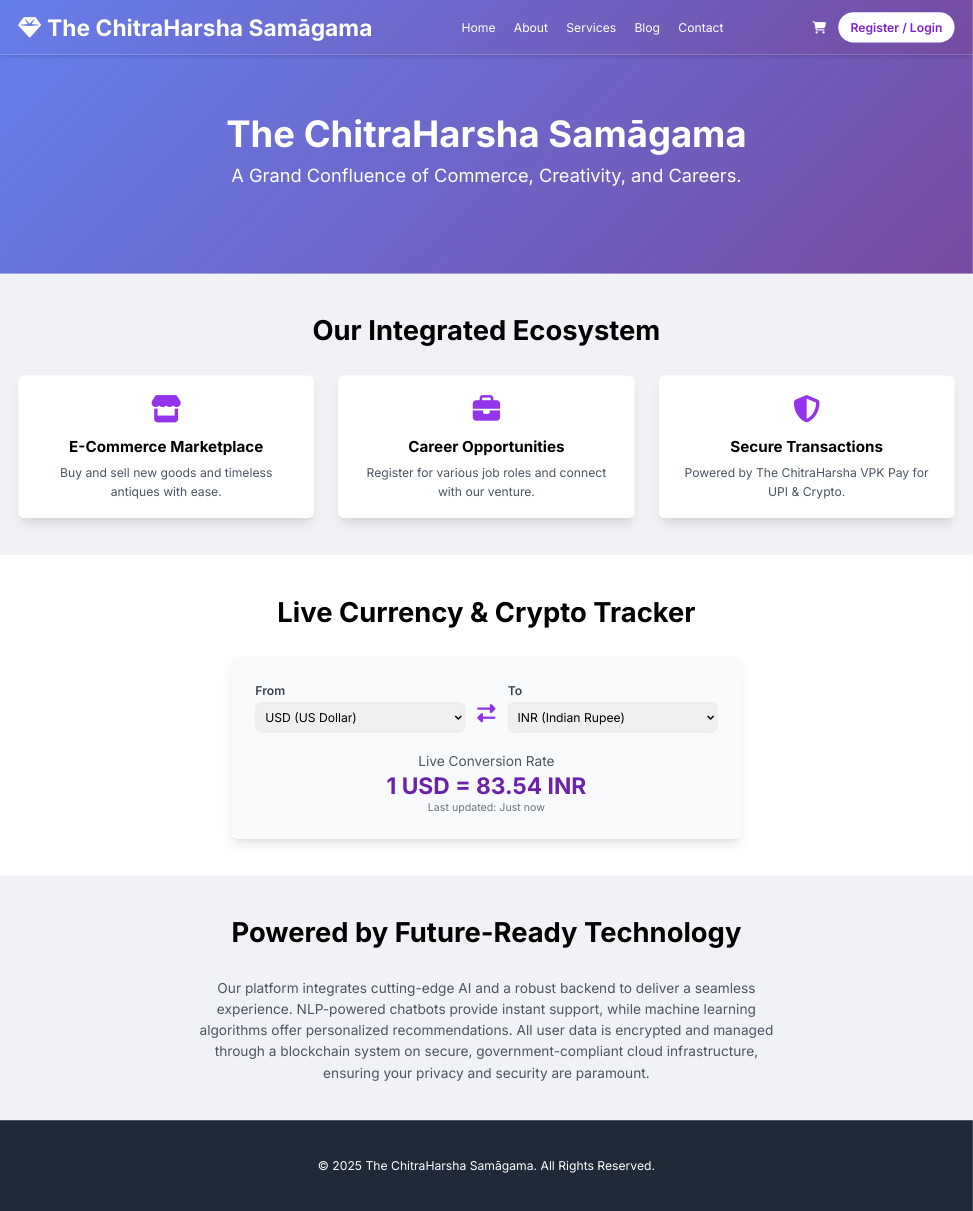
Repository: infinity-aggarwalharshul/The-ChitraHarsha-Shopping-App
Page: index.html
The author's editor kept a copy of each file at every save. The page is drawn from the files as they stood at one save, then again after the next save.
The browser window is 1280 px wide. The pictures show the whole page, at 76% of full size.
Some web libraries are served in a nearby version.

Above is the page before, as saved 2025-10-17 00:08:46.

### index.html
<!DOCTYPE html>
<html lang="en">
  <head>
    <meta charset="UTF-8" />
    <meta name="viewport" content="width=device-width, initial-scale=1.0" />
    <meta
      name="description"
      content="The ChitraHarsha Samāgama: India's premier online marketplace for new goods, rare antiques, and professional talent. Discover, buy, sell, and connect with our secure, AI-powered platform."
    />
    <meta
      name="keywords"
      content="e-commerce india, ChitraHarsha Samāgama, job registration, UPI payments, cryptocurrency marketplace, live currency conversion"
    />
    <title>The ChitraHarsha Samāgama - The Ultimate Marketplace</title>
    <script src="https://cdn.tailwindcss.com"></script>
    <link
      href="https://fonts.googleapis.com/css2?family=Inter:wght@400;500;600;700&display=swap"
      rel="stylesheet"
    />
    <link
      rel="stylesheet"
      href="https://cdnjs.cloudflare.com/ajax/libs/font-awesome/6.5.1/css/all.min.css"
    />
    <style>
      body {
        font-family: "Inter", sans-serif;
        background-color: #f0f2f5;
      }
      .header-bg {
        background: linear-gradient(135deg, #667eea 0%, #764ba2 100%);
      }
      .card-hover:hover {
        transform: translateY(-5px);
        box-shadow: 0 10px 15px -3px rgba(0, 0, 0, 0.1),
          0 4px 6px -2px rgba(0, 0, 0, 0.05);
      }
      .btn-primary {
        background-color: #6d28d9;
        color: white;
        transition: background-color 0.3s ease;
      }
      .btn-primary:hover {
        background-color: #5b21b6;
      }
      .section-title {
        font-size: 2.25rem;
        font-weight: 700;
        margin-bottom: 2rem;
        text-align: center;
      }
      .modal {
        display: none;
        position: fixed;
        z-index: 1000;
        left: 0;
        top: 0;
        width: 100%;
        height: 100%;
        overflow: auto;
        background-color: rgba(0, 0, 0, 0.5);
        animation-name: fadeIn;
        animation-duration: 0.4s;
      }
      .modal-content {
        background-color: #fefefe;
        margin: 5% auto;
        padding: 2rem;
        border-radius: 10px;
        width: 80%;
        max-width: 650px;
        animation-name: slideIn;
        animation-duration: 0.4s;
      }
      .close-button {
        color: #aaa;
        float: right;
        font-size: 28px;
        font-weight: bold;
        cursor: pointer;
      }
      .tab-content {
        display: none;
      }
      .tab-content.active {
        display: block;
      }
      @keyframes slideIn {
        from {
          top: -300px;
          opacity: 0;
        }
        to {
          top: 0;
          opacity: 1;
        }
      }
      @keyframes fadeIn {
        from {
          opacity: 0;
        }
        to {
          opacity: 1;
        }
      }
    </style>
  </head>
  <body>
    <header class="header-bg text-white shadow-md sticky top-0 z-50">
      <nav
        class="container mx-auto px-6 py-4 flex justify-between items-center"
      >
        <a href="#home" class="text-3xl font-bold logo">
          <i class="fas fa-gem mr-2"></i>The ChitraHarsha Samāgama
        </a>
        <div class="hidden md:flex items-center space-x-6">
          <a href="#home" class="hover:text-gray-300">Home</a>
          <a href="#about" class="hover:text-gray-300">About</a>
          <a href="#services" class="hover:text-gray-300">Services</a>
          <a href="#blog" class="hover:text-gray-300">Blog</a>
          <a href="#contact" class="hover:text-gray-300">Contact</a>
        </div>
        <div class="flex items-center space-x-4">
          <a href="#" class="hover:text-gray-300"
            ><i class="fas fa-shopping-cart"></i
          ></a>
          <button
            id="loginBtn"
            class="bg-white text-purple-700 px-4 py-2 rounded-full font-semibold hover:bg-gray-200"
          >
            Register / Login
          </button>
        </div>
      </nav>
    </header>

    <section id="home" class="header-bg text-white py-20">
      <div class="container mx-auto text-center px-6">
        <h1 class="text-5xl font-bold mb-4">The ChitraHarsha Samāgama</h1>
        <p class="text-2xl mb-8">
          A Grand Confluence of Commerce, Creativity, and Careers.
        </p>
      </div>
    </section>

    <!-- Services Section -->
    <section id="services" class="py-12">
      <div class="container mx-auto px-6">
        <h2 class="section-title">Our Integrated Ecosystem</h2>
        <div class="grid grid-cols-1 md:grid-cols-3 gap-8">
          <div class="bg-white p-6 rounded-lg shadow-lg text-center card-hover">
            <i class="fas fa-store text-4xl text-purple-600 mb-4"></i>
            <h3 class="text-xl font-bold mb-2">E-Commerce Marketplace</h3>
            <p class="text-gray-600">
              Buy and sell new goods and timeless antiques with ease.
            </p>
          </div>
          <div class="bg-white p-6 rounded-lg shadow-lg text-center card-hover">
            <i class="fas fa-briefcase text-4xl text-purple-600 mb-4"></i>
            <h3 class="text-xl font-bold mb-2">Career Opportunities</h3>
            <p class="text-gray-600">
              Register for various job roles and connect with our venture.
            </p>
          </div>
          <div class="bg-white p-6 rounded-lg shadow-lg text-center card-hover">
            <i class="fas fa-shield-alt text-4xl text-purple-600 mb-4"></i>
            <h3 class="text-xl font-bold mb-2">Secure Transactions</h3>
            <p class="text-gray-600">
              Powered by The ChitraHarsha VPK Pay for UPI & Crypto.
            </p>
          </div>
        </div>
      </div>
    </section>

    <!-- Live Currency Converter Section -->
    <section id="converter" class="py-12 bg-white">
      <div class="container mx-auto px-6">
        <h2 class="section-title">Live Currency & Crypto Tracker</h2>
        <div class="max-w-2xl mx-auto p-8 bg-gray-50 rounded-lg shadow-lg">
          <div class="flex flex-col md:flex-row gap-4 items-end">
            <div class="w-full">
              <label
                for="from_currency"
                class="block font-semibold text-gray-700"
                >From</label
              >
              <select
                id="from_currency"
                class="w-full mt-1 p-2 border rounded-lg"
              >
                <option>INR (Indian Rupee)</option>
                <option selected>USD (US Dollar)</option>
                <option>EUR (Euro)</option>
                <option>BTC (Bitcoin)</option>
                <option>CHC (ChitraHarsha Coin)</option>
              </select>
            </div>
            <div class="text-2xl font-bold text-purple-600 pb-2">
              <i class="fas fa-exchange-alt"></i>
            </div>
            <div class="w-full">
              <label for="to_currency" class="block font-semibold text-gray-700"
                >To</label
              >
              <select
                id="to_currency"
                class="w-full mt-1 p-2 border rounded-lg"
              >
                <option selected>INR (Indian Rupee)</option>
                <option>USD (US Dollar)</option>
                <option>EUR (Euro)</option>
                <option>BTC (Bitcoin)</option>
                <option>CHC (ChitraHarsha Coin)</option>
              </select>
            </div>
          </div>
          <div class="mt-6 text-center">
            <p class="text-lg text-gray-600">Live Conversion Rate</p>
            <p class="text-3xl font-bold text-purple-800">1 USD = 83.54 INR</p>
            <p class="text-sm text-gray-500">Last updated: Just now</p>
          </div>
        </div>
      </div>
    </section>

    <!-- AI & Backend Integration Info Section -->
    <section class="py-12">
      <div class="container mx-auto px-6 text-center">
        <h2 class="section-title">Powered by Future-Ready Technology</h2>
        <p class="max-w-3xl mx-auto text-gray-600 text-lg">
          Our platform integrates cutting-edge AI and a robust backend to
          deliver a seamless experience. NLP-powered chatbots provide instant
          support, while machine learning algorithms offer personalized
          recommendations. All user data is encrypted and managed through a
          blockchain system on secure, government-compliant cloud
          infrastructure, ensuring your privacy and security are paramount.
        </p>
      </div>
    </section>

    <footer class="bg-gray-800 text-white py-12">
      <div class="container mx-auto px-6 text-center">
        <p>&copy; 2025 The ChitraHarsha Samāgama. All Rights Reserved.</p>
      </div>
    </footer>

    <!-- Main Modal -->
    <div id="mainModal" class="modal">
      <div class="modal-content">
        <span class="close-button">&times;</span>
        <div id="modal-content-area">
          <!-- Dynamic Content Loads Here -->
        </div>
      </div>
    </div>

    <script>
      const modal = document.getElementById("mainModal");
      const loginBtn = document.getElementById("loginBtn");
      const closeBtn = document.querySelector(".close-button");
      const modalContentArea = document.getElementById("modal-content-area");

      // --- TEMPLATES ---
      const registerTemplate = `
            <h2 class="text-2xl font-bold text-center mb-6">Create Your Account</h2>
            <div class="grid grid-cols-1 md:grid-cols-2 gap-4">
                <div>
                    <label class="block text-gray-700">Username (Email/Mobile)</label>
                    <input type="text" class="w-full px-3 py-2 border rounded-lg">
                </div>
                <div>
                    <label class="block text-gray-700">Mobile Number</label>
                    <input type="text" class="w-full px-3 py-2 border rounded-lg">
                </div>
                <div>
                    <label class="block text-gray-700">Create Password</label>
                    <input type="password" class="w-full px-3 py-2 border rounded-lg">
                </div>
                <div>
                    <label class="block text-gray-700">Confirm Password</label>
                    <input type="password" class="w-full px-3 py-2 border rounded-lg">
                </div>
                <div class="md:col-span-2">
                    <label for="jobRole" class="block text-gray-700">Applying for a Job Role? (Optional)</label>
                    <select id="jobRole" class="w-full mt-1 p-2 border rounded-lg">
                        <option value="">I'm here to shop/sell items</option>
                        <optgroup label="HR Department">
                            <option value="hr_junior">HR (Junior)</option>
                            <option value="hr_senior">HR (Senior)</option>
                            <option value="hr_head">HR (Head)</option>
                        </optgroup>
                        <optgroup label="Finance Department">
                            <option value="finance_junior">Finance (Junior)</option>
                            <option value="finance_senior">Finance (Senior)</option>
                            <option value="finance_head">Finance (Head)</option>
                        </optgroup>
                        <optgroup label="Technology & Data">
                            <option value="data_analyst">Data Analyst</option>
                            <option value="data_scientist">Data Scientist</option>
                        </optgroup>
                         <optgroup label="Creative & Strategy">
                            <option value="brainstormer">Brainstormer</option>
                            <option value="researcher">Researcher</option>
                            <option value="designer">Interior Designer</option>
                        </optgroup>
                        <optgroup label="Management & Leadership">
                            <option value="ceo">CEO Department</option>
                            <option value="shareholder">Shareholder Relations</option>
                        </optgroup>
                        <optgroup label="Operations & Support">
                            <option value="transport">Transportation</option>
                            <option value="security">Security</option>
                            <option value="cleaning">Cleaning Staff</option>
                        </optgroup>
                    </select>
                </div>
            </div>
            <div class="text-center mt-6">
                <button class="btn-primary w-full py-2 rounded-lg text-lg">Register</button>
            </div>
            <p class="text-center mt-4">Already have an account? <a href="#" id="showLogin" class="text-purple-700 hover:underline">Login</a></p>
        `;

      const loginTemplate = `
            <h2 class="text-2xl font-bold text-center mb-6">Welcome Back</h2>
            <div class="mb-4">
                <label class="block text-gray-700 font-semibold mb-2">Username (Email/Mobile)</label>
                <input type="text" class="w-full px-4 py-2 border rounded-lg">
            </div>
            <div class="mb-4">
                <label class="block text-gray-700 font-semibold mb-2">Password</label>
                <input type="password" class="w-full px-4 py-2 border rounded-lg">
            </div>
            <div class="text-center">
                <button class="btn-primary w-full py-2 rounded-lg text-lg">Login</button>
            </div>
             <p class="text-center mt-4">New here? <a href="#" id="showRegister" class="text-purple-700 hover:underline">Create an Account</a></p>
        `;

      // --- Event Listeners ---
      function openModal(content) {
        modalContentArea.innerHTML = content;
        modal.style.display = "block";
      }

      loginBtn.onclick = () => openModal(registerTemplate);
      closeBtn.onclick = () => (modal.style.display = "none");
      window.onclick = (event) => {
        if (event.target == modal) {
          modal.style.display = "none";
        }
      };

      document.addEventListener("click", function (e) {
        if (e.target.id === "showRegister") {
          e.preventDefault();
          openModal(registerTemplate);
        } else if (e.target.id === "showLogin") {
          e.preventDefault();
          openModal(loginTemplate);
        }
      });
    </script>
  </body>
</html>

After the next save:
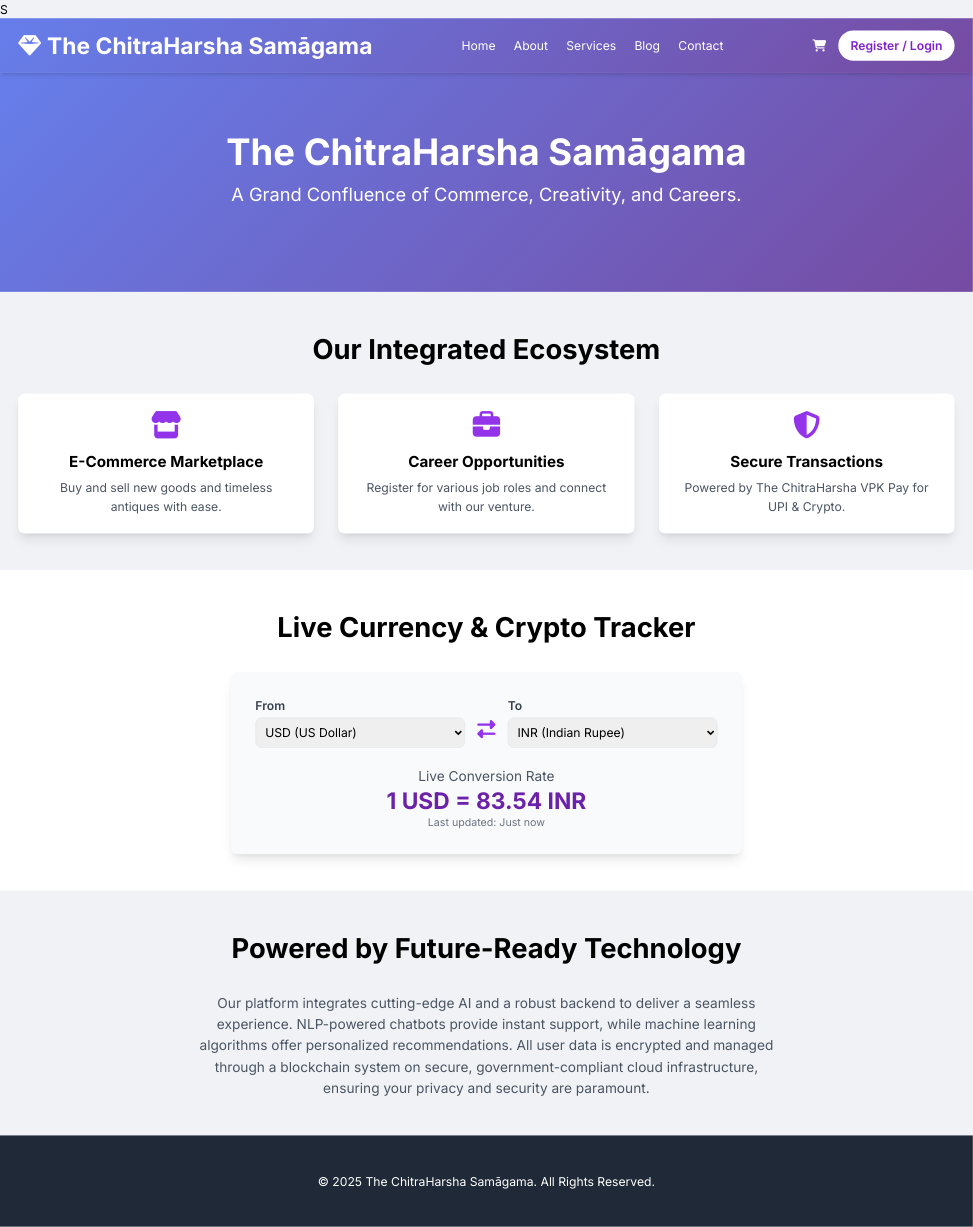
Saved 2 min 16 s later.
--- a/index.html
+++ b/index.html
@@ -1,4 +1,4 @@
-<!DOCTYPE html>
+<!DOCTYPE html> S
 <html lang="en">
   <head>
     <meta charset="UTF-8" />

After the save that followed:
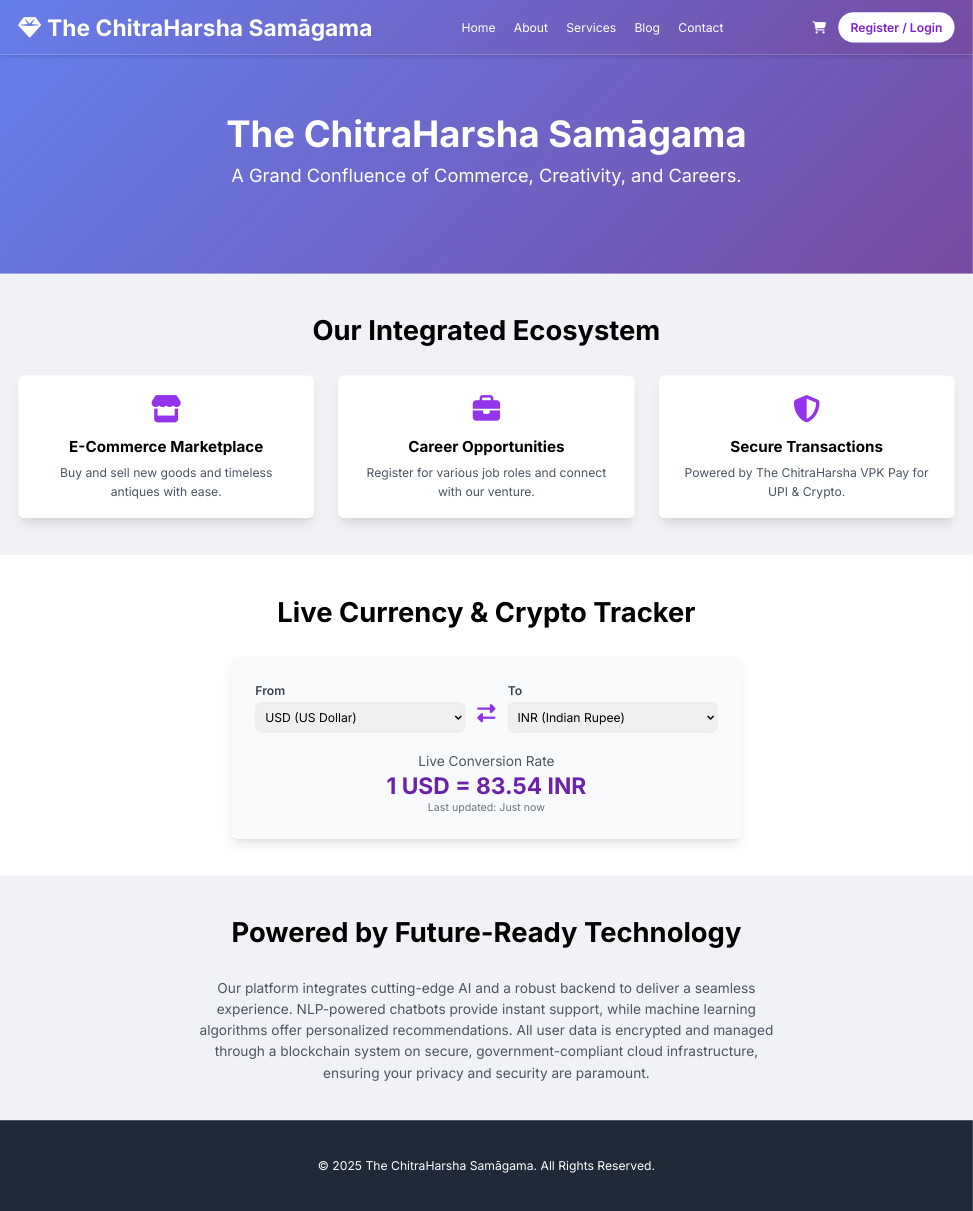
Saved 4 min 28 s later.
--- a/index.html
+++ b/index.html
@@ -1,4 +1,4 @@
-<!DOCTYPE html> S
+<!DOCTYPE html>
 <html lang="en">
   <head>
     <meta charset="UTF-8" />
